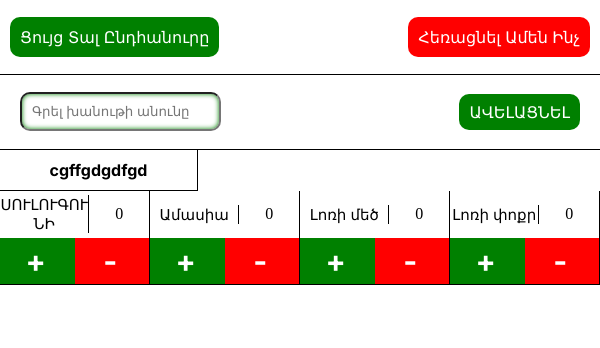
Repository: AbApin/amasia
Page: /
These files come from the project's save history. The page is drawn as it stood at one moment and after the next save; the edit follows.
The browser window is 600 px wide. The pictures show the whole page.
The project was rebuilt for these pictures with package versions that can differ from the ones it lists, and the page was loaded fresh each time. Also part of the build but not shown: vue.config.js.

Above is the page before, as saved 2023-02-03 11:47:50.

### public/index.html
<!DOCTYPE html>
<html lang="">
  <head>
    <meta charset="utf-8" />
    <meta http-equiv="X-UA-Compatible" content="IE=edge" />
    <meta name="viewport" content="width=device-width,initial-scale=1.0" />
    <link rel="icon" href="<%= BASE_URL %>favicon.ico" />
    <title><%= htmlWebpackPlugin.options.title %></title>
    <link
      href="https://fonts.googleapis.com/css?family=Inter:100,200,300,regular,500,600,700,800,900"
      rel="stylesheet"
    />
  </head>
  <body>
    <noscript>
      <strong
        >We're sorry but <%= htmlWebpackPlugin.options.title %> doesn't work properly without
        JavaScript enabled. Please enable it to continue.</strong
      >
    </noscript>
    <div id="app"></div>
    <!-- built files will be auto injected -->
  </body>
</html>

### src/main.js
import Vue from 'vue';
import App from './App.vue';
import store from './store';
store.subscribe((mutation, state) => {
  localStorage.setItem('xanutner', JSON.stringify(state.xanutner));
  localStorage.setItem('datarkXanutner', JSON.stringify(state.isEmpty));
});
Vue.config.productionTip = false;

new Vue({
  store,
  render: (h) => h(App),
}).$mount('#app');

### src/App.vue
<template>
  <div id="app">
    <div class="header">
      <div class="avelacnelXanut">
        <input type="text" class="avelacnelInput" placeholder="Գրել խանութի անունը">
        <button class="avelacnelBtn">Ավելացնել</button>
      </div>
      <div class="cuycTal">
        <button class="cuycTalBtn" @click="isClick = true">ցույց տալ ընդհանուրը</button>
        <button class="heracnelBtn" @click="REMOVEALL">հեռացնել ամեն ինչ</button>
      </div>
      <div v-show="isClick" class="endhanurQanak">
        <button @click="isClick = false" class="closeBtn">X</button>
        <div class="endhanurQanakInner" :class="!ISEMPTY ? 'ovAuto' : ''">
          <p v-if="ISEMPTY" class="noProducts">Ոչ մի ապրանք</p>
          <ul class="endhanurQanakiList">
            <li
              v-for="xanutiAnun in Object.keys(ZAKAZNER)"
              :key="xanutiAnun"
              class="endhanurQanakiListItem"
            >
              <p class="endhanurQanakiListItemXanutiAnun">{{ xanutiAnun }}</p>
              <ul class="endhanurApranqneriList">
                <li
                  v-for="endhanurApranq in ZAKAZNER[xanutiAnun]"
                  :key="endhanurApranq.anun"
                  class="endhanurApranqneriListItem"
                >
                  <p class="endhanurApranqneriListItemAnun">{{ endhanurApranq.anun }}</p>
                  <p class="endhanurApranqneriListItemQanak">{{ endhanurApranq.qanak }}</p>
                </li>
              </ul>
            </li>
          </ul>
        </div>
      </div>
    </div>
    <div class="content">
      <ul class="contentList">
        <li v-for="xanutiAnun in Object.keys(XANUTNER)" :key="xanutiAnun" class="contentItem">
          <p class="xanutiAnun">{{ xanutiAnun }}</p>
          <ul class="apranqneriList">
            <li
              v-for="(apranq, apranqiHamar) in XANUTNER[xanutiAnun]"
              :key="apranqiHamar"
              class="apranqneriListItem"
            >
              <div class="apranqiText">
                <p class="apranqiAnun">{{ apranq.anun }}</p>
                <p class="apranqiQanak">{{ apranq.qanak }}</p>
              </div>
              <div class="apranqiAvelPakas">
                <button class="plus apranqiBtn" @click="AVELACNEL({ xanutiAnun, apranqiHamar })">
                  +
                </button>
                <button class="minus apranqiBtn" @click="PAKASACNEL({ xanutiAnun, apranqiHamar })">
                  -
                </button>
              </div>
            </li>
          </ul>
        </li>
      </ul>
    </div>
  </div>
</template>

<script>
import { mapGetters, mapMutations } from 'vuex';
export default {
  name: 'App',
  components: {},
  data() {
    return {
      isClick: false,
    };
  },
  beforeMount() {
    this.INITIAL();
  },
  methods: {
    ...mapMutations(['AVELACNEL', 'PAKASACNEL', 'INITIAL', 'REMOVEALL']),
  },
  computed: {
    ...mapGetters(['XANUTNER', 'ZAKAZNER', 'ISEMPTY']),
  },
};
</script>

<style>
@import './app.css';
</style>

### src/store/index.js
import Vuex from 'vuex';
import Vue from 'vue';

Vue.use(Vuex);

const store = new Vuex.Store({
  state: {
    xanutner: {
      cgffgdgdfgd: [
        { anun: 'ՍՈՒԼՈՒԳՈՒՆԻ', qanak: 0 },
        { anun: 'Ամասիա', qanak: 0 },
        { anun: 'Լոռի մեծ', qanak: 0 },
        { anun: 'Լոռի փոքր', qanak: 0 },
        { anun: 'Լոռի վակուում', qanak: 0 },
        { anun: 'Ոչխարի Պանիր', qanak: 0 },
        { anun: 'Չանախ', qanak: 0 },
        { anun: 'Չանախ էժան', qanak: 0 },
        { anun: 'Չեչիլ սպիտակ մատ', qanak: 0 },
        { anun: 'Չեչիլ սպիտակ կծիկ', qanak: 0 },
        { anun: 'Չեչիլ ապխտած մատ', qanak: 0 },
        { anun: 'Չեչիլապխտած կծիկ', qanak: 0 },
        { anun: 'Հոլանդական', qanak: 0 },
        { anun: 'Գունավոր Թել', qanak: 0 },
        { anun: 'ԿԱՐԱԳ', qanak: 0 },
      ],
    },
    isEmpty: true,
  },
  mutations: {
    AVELACNEL(state, payload) {
      state.xanutner[payload.xanutiAnun][payload.apranqiHamar].qanak += 1;
    },
    PAKASACNEL(state, payload) {
      let qanak = state.xanutner[payload.xanutiAnun][payload.apranqiHamar].qanak;
      if (qanak >= 1) {
        state.xanutner[payload.xanutiAnun][payload.apranqiHamar].qanak -= 1;
      }
      console.log(state.$getters.ZAKAZNER);
    },
    INITIAL(state) {
      if (localStorage.getItem('xanutner')) {
        state.xanutner = JSON.parse(localStorage.xanutner);
      } else if (localStorage.getItem('datarkXanutner')) {
        state.isEmpty = JSON.parse(localStorage.datarkXanutner);
      }
    },
    REMOVEALL(state) {
      Object.keys(state.xanutner).forEach((xanut) => {
        state.xanutner[xanut].map((el) => {
          el.qanak = 0;
        });
      });
      state.isEmpty = true;
    },
  },
  getters: {
    XANUTNER(state) {
      localStorage.setItem('key', JSON.stringify(state));
      return state.xanutner;
    },
    ZAKAZNER(state) {
      let zakazner = {};
      Object.keys(state.xanutner).forEach((xanut) => {
        zakazner[xanut] = state.xanutner[xanut].filter(function (el) {
          return el.qanak > 0;
        });
        if (zakazner[xanut].length === 0) {
          delete zakazner[xanut];
        }
      });
      Object.keys(zakazner).forEach((zakaz) => {
        if (zakazner[zakaz].length === 0) {
          state.isEmpty = true;
        } else {
          state.isEmpty = false;
        }
      });

      return zakazner;
    },
    ISEMPTY(state) {
      return state.isEmpty;
    },
  },
});

export default store;

### src/app.css
*,
*::after,
*::before {
  margin: 0;
  padding: 0;
  box-sizing: border-box;
}
ul {
  list-style: none;
}
#app {
  display: flex;
  flex-direction: column;
  min-height: 100vh;
}
.header {
  display: flex;
  justify-content: space-between;
  width: 100%;
  height: 100px;
  border-bottom: 1px solid #000;
}
.avelacnelXanut {
  display: flex;
  justify-content: space-between;
  width: 50%;
  gap: 20px;
  align-items: center;
}
.avelacnelBtn {
  font-family: 'Inter';
  font-size: 16px;
  line-height: 1;
  text-transform: uppercase;
  border: none;
  padding: 10px;
  background: green;
  color: #fff;
  border-radius: 10px;
}
.avelacnelInput {
  padding: 10px;
  border-radius: 10px;
  outline: none;
  box-shadow: inset 0 0 5px green;
}
.contentList {
  display: flex;
  flex-direction: column;
}
.contentItem {
  display: flex;
  flex-direction: column;
  justify-content: space-between;
}
.xanutiAnun {
  display: flex;
  align-items: center;
  justify-content: center;
  width: 100%;
  font-family: 'Inter';
  font-size: 20px;
  font-weight: 700;
  letter-spacing: 3px;
  word-wrap: break-word;
  padding: 20px 30px;
  border: 1px solid #000;
  border-top: 0;
  border-left: 0;
}
.apranqneriList {
  width: 100%;
  display: flex;
  justify-content: space-between;
}
.apranqneriListItem {
  display: flex;
  flex-direction: column;
  flex: 1 1 0;
  border: 1px solid #000;
  border-top: 0;
  border-left: 0;
}
.apranqiText {
  display: flex;
  justify-content: space-between;
  align-items: center;
  height: 50%;
}
.apranqiAnun {
  font-family: 'Inter';
  font-size: 15px;
  font-weight: 500;
  word-wrap: break-word;
  text-align: center;
  width: 60%;
  border-right: 1px solid #000;
}
.apranqiQanak {
  display: flex;
  justify-content: center;
  align-items: center;
  width: 40%;
}
.apranqiAvelPakas {
  display: flex;
  justify-content: space-between;
  width: 100%;
  height: 50%;
}
.apranqiBtn {
  display: inline-flex;
  justify-content: center;
  align-items: center;
  font-family: 'Inter';
  font-size: 30px;
  font-weight: 700;
  letter-spacing: 3px;
  border: none;
  color: #fff;
  width: 50%;
  cursor: pointer;
}
.plus {
  background: green;
}
.minus {
  background: red;
}
.cuycTal {
  width: 50%;
  display: flex;
  align-items: center;
  justify-content: space-between;
  gap: 10px;
  padding: 15px;
  border-left: 1px solid #000;
}
.heracnelBtn,
.cuycTalBtn {
  display: inline-block;
  font-family: 'Inter';
  font-size: 16px;
  padding: 10px;
  border-radius: 10px;
  border: none;
  color: #fff;
  text-transform: capitalize;
  cursor: pointer;
  transition: all 0.3s linear;
}
.heracnelBtn {
  background: red;
}
.cuycTalBtn {
  background: green;
}

/* endahnur */
.endhanurQanak {
  display: flex;
  justify-content: center;
  align-items: center;
  position: fixed;
  z-index: 999;
  top: 0;
  left: 0;
  width: 100%;
  height: 100%;
  background-color: rgba(0, 0, 0, 0.7);
}
.endhanurQanakInner {
  width: 90%;
  height: 90%;
  background: #fff;
  box-shadow: 0 0 10px #fff;
  border-radius: 20px;
}
.ovAuto {
  overflow: auto;
}
.endhanurQanakiList {
  display: flex;
  flex-direction: column;
  justify-content: space-between;
  height: 100%;
}
.endhanurQanakiListItem {
  display: flex;
  align-items: center;
  flex: 1 1 0;
  border-bottom: 1px solid #000;
}
.endhanurQanakiListItem:last-child {
  border-bottom: none;
}
.endhanurQanakiListItemXanutiAnun {
  border-right: 1px solid #000;
  width: 10%;
  display: flex;
  align-items: center;
  justify-content: center;
  height: 100%;
  font-family: 'Inter';
  font-size: 18px;
  letter-spacing: 1px;
  text-transform: capitalize;
}
.endhanurApranqneriList {
  height: 100%;
  width: 90%;
  display: flex;
  flex-direction: column;
  justify-content: space-between;
  overflow: auto;
}
.endhanurApranqneriListItem {
  display: flex;
  gap: 10px;
  flex: 1 1 0;
  align-items: center;
  justify-content: flex-start;
  padding: 10px;
  border-bottom: 1px solid #000;
}
.endhanurApranqneriListItem:last-child {
  border-bottom: none;
}
.endhanurApranqneriListItemQanak {
  color: red;
  font-size: 25px;
  font-family: 'Inter';
  font-weight: 700;
}
.endhanurApranqneriListItemAnun {
  font-weight: bold;
  font-size: 20px;
}
.noProducts {
  display: flex;
  justify-content: center;
  align-items: center;
  font-size: 2rem;
  font-family: 'Inter';
  font-style: italic;
  font-weight: 700;
  width: 100%;
  height: 100%;
  padding: 20px;
}
.closeBtn {
  display: inline-block;
  color: #fff;
  font-size: 25px;
  position: absolute;
  right: 15px;
  top: 5px;
  background: transparent;
  border: none;
  cursor: pointer;
}

@media screen and (max-width: 767px) {
  .header {
    flex-direction: column-reverse;
    height: 150px;
  }
  .avelacnelXanut {
    padding: 20px;
    height: 50%;
    width: 100%;
  }
  .cuycTal {
    width: 100%;
    height: 50%;
    gap: 5px;
    padding: 10px;
    border: 0;
    border-bottom: 1px solid #000;
  }
  .heracnelBtn,
  .cuycTalBtn {
  }
  .xanutiAnun {
    font-size: 16px;
    letter-spacing: 0;
    word-break: break-word;
    width: 33%;
    padding: 10px;
    text-align: center;
  }
  .apranqneriList {
    overflow: auto;
  }
  .apranqneriListItem {
    min-width: 150px;
  }
  .endhanurQanakiListItemXanutiAnun {
    width: 50%;
    letter-spacing: 0;
    font-size: 16px;
    padding: 5px;
  }
}

After the next save:
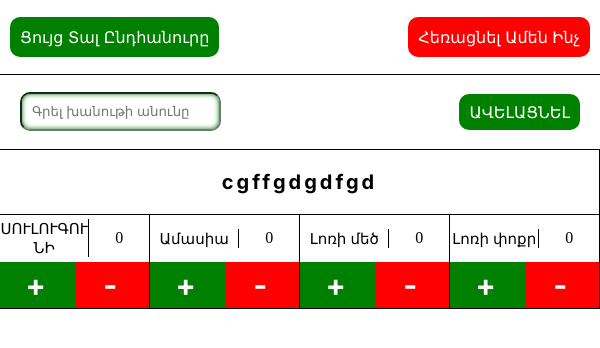
Saved 17 s later.
--- a/src/app.css
+++ b/src/app.css
@@ -282,12 +282,7 @@ ul {
   .cuycTalBtn {
   }
   .xanutiAnun {
-    font-size: 16px;
-    letter-spacing: 0;
-    word-break: break-word;
-    width: 33%;
-    padding: 10px;
-    text-align: center;
+
   }
   .apranqneriList {
     overflow: auto;
